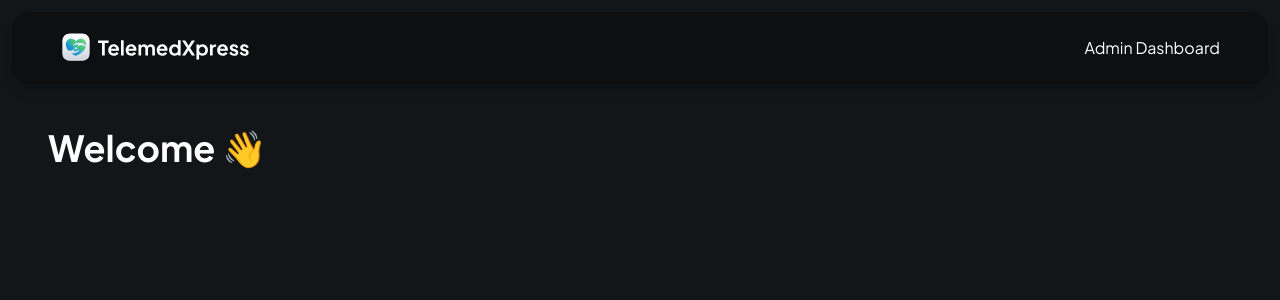
Repository: Carlito-Pedida/telemed
Page: /admin
These files come from the project's save history. The page is drawn as it stood at one moment and after the next save; the edit follows.
The browser window is 1280 px wide. The pictures show the whole page.
The project was rebuilt for these pictures with package versions that can differ from the ones it lists, and the page was loaded fresh each time. The framework's server and built-in components were replaced by stand-ins that run in the browser. Also part of the build but not shown: next.config.mjs.

Above is the page before, as saved 2024-11-08 15:58:15.

After the next save:
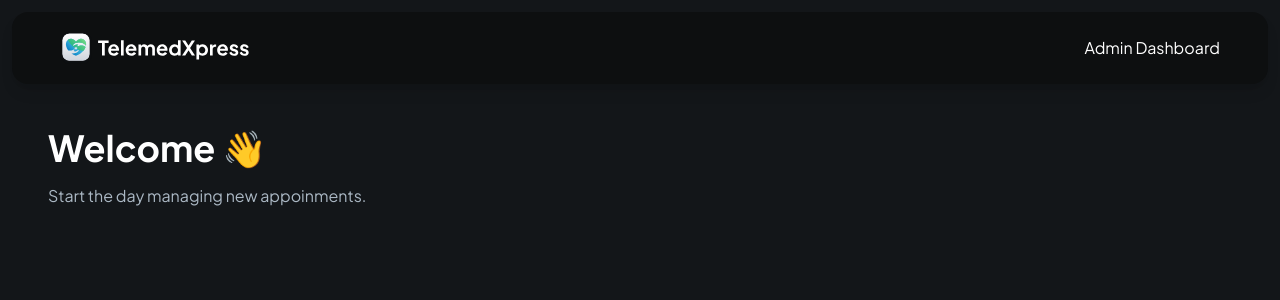
Saved 48 s later.
--- a/app/admin/page.tsx
+++ b/app/admin/page.tsx
@@ -23,6 +23,9 @@ const Admin = () => {
       <main className="admin-main">
         <section className="w-full space-y-4">
           <h1 className="header">Welcome 👋</h1>
+          <p className="text-dark-700">
+            Start the day managing new appoinments.
+          </p>
         </section>
       </main>
     </div>
